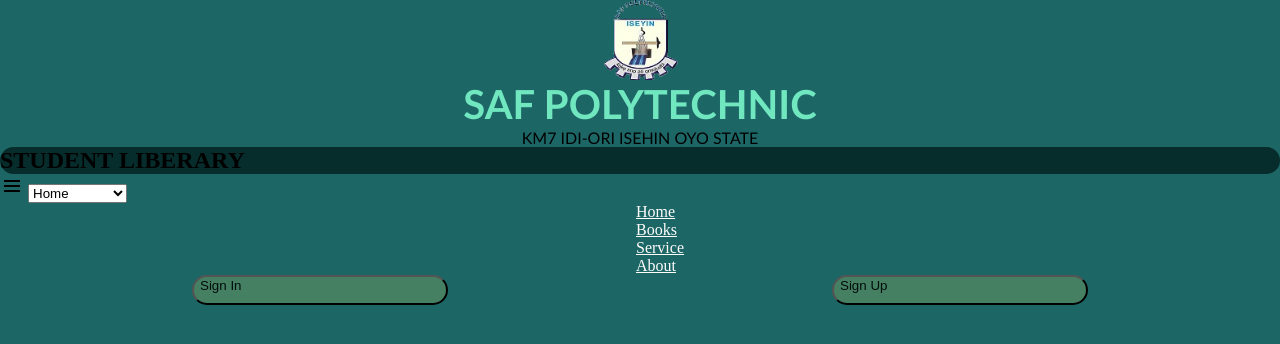
Repository: makinwademila/new-html
Page: index.html
An editor plug-in stored every save of this project. The page is shown before and after the next save, followed by the edit.
The browser window is 1280 px wide. The pictures show the whole page.

Above is the page before, as saved 2025-02-10 16:52:19.

### index.html
<!DOCTYPE html>
<html>

<head>

    <title>test web page</title>
    <link href="style.css" rel="stylesheet">
</head>
<title>saf porject</title>

<body>
    <header>
        <div class="names">
            <img src="logo.png">
            <div class="name">
                <h6>
                    SAF POLYTECHNIC
                </h6>
            </div>

            <div class="namer"> KM7 IDI-ORI ISEHIN OYO STATE
            </div>
        </div>
    </header>

    <nav>
        <div class="title">
            <h2>
                STUDENT LIBERARY
            </h2>
        </div>
    </nav>
    <div class="nav-menu-btn">
        <svg xmlns="http://www.w3.org/2000/svg" width="24" height="24" viewBox="0 0 24 24"><path d="M4 6h16v2H4zm0 5h16v2H4zm0 5h16v2H4z"/></svg>
        <select name="menu list" id="menu 2">
                <option>Home</option>
                <option>Books</option>
                <option>Departments</option>
                <option>Reguest</option>
            </select>
    </div>
    <div class="nav-menu">
        <ul>
            <li><a href="#" class="first">Home</a></li>
            <li><a href="#" class="second">Books</a></li>
            <li><a href="#" class="third">Service</a></li>
            <li><a href="#" class="fourth">About</a></li>
        </ul>
    </div>


    <div class="nav-button">
        <button class="btn1" id="loginBtn">Sign In</button>
        <button class="btn" id="RegisterBtn">Sign Up</button>
    </div>

    <script src="script.js"></script>
</body>


</html>

### style.css
* {
    margin: auto;
    padding: auto;
}

body {
    margin: 0;
    padding: 0;
    background-color: rgb(29, 102, 102);
    height: auto;
    width: auto;
}

header {
    font-family: 'Gill Sans', 'Gill Sans MT', Calibri, 'Trebuchet MS', sans-serif;
    justify-content: center;
    align-content: center;
}

img {
    height: 80px;
    width: 80px;
    display: block;
    margin: auto;
}

.name h6 {
    font-size: 40px;
    font-weight: bolder;
    color: rgb(112, 231, 191);
    display: flex;
    justify-content: center;
    align-content: center;
}

.title h2 {
    display: flex;
    justify-content: center;
    flex-direction: row;
    justify-content: space-between;
    color: black;
    background-color: rgb(7, 44, 44);
    border-radius: 60px;
    width: 100%;
    list-style: none;
}

.namer {
    display: flex;
    justify-content: center;
}

.nav-button button {
    display: flex;
    background-color: rgb(69, 128, 98);
    color: rgb(1, 12, 12);
    height: 30px;
    width: 20%;
    border-radius: 20px;
}

.nav-menu {
    display: flex;
    flex-direction: row;
    justify-content: space-between;
}

a {
    background-color: transparent;
    color: rgb(255, 252, 252);
    transition: 1s;
    opacity: 5px;
    animation: forwards;
    border-radius: 100px;
}

a:hover {
    color: rgba(255, 219, 14, 0.801);
}

a:active {
    background-color: rgb(30, 48, 30);
    transition: 1s ease-in-out;
}

.nav-button {
    justify-content: center;
    display: flex;
    justify-content: space-around;
}

li {
    color: transparent;
}

Loaded but not shown: script.js (no copy from this time; the picture is the same without it)

After the next save:
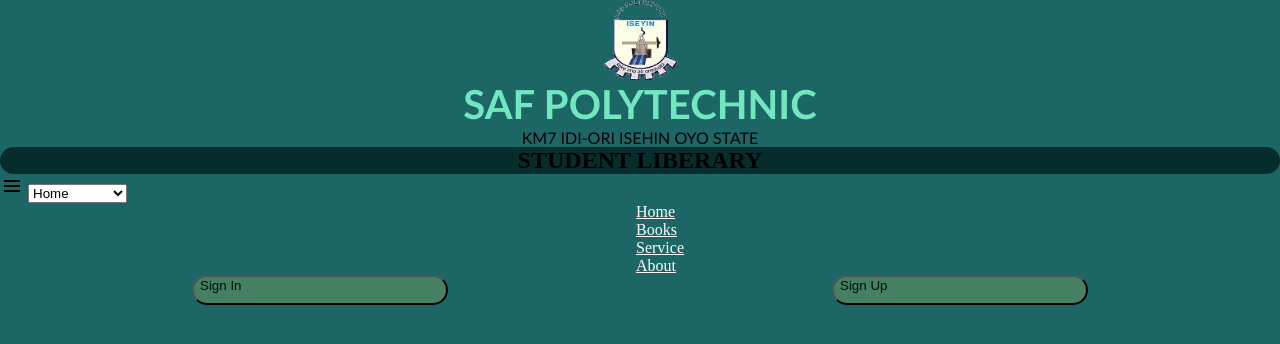
Saved 53 s later.
--- a/style.css
+++ b/style.css
@@ -33,9 +33,10 @@
     align-content: center;
 }
 
-.title h2 {
+.title {
     display: flex;
     justify-content: center;
+    align-items: center;
     flex-direction: row;
     justify-content: space-between;
     color: black;
